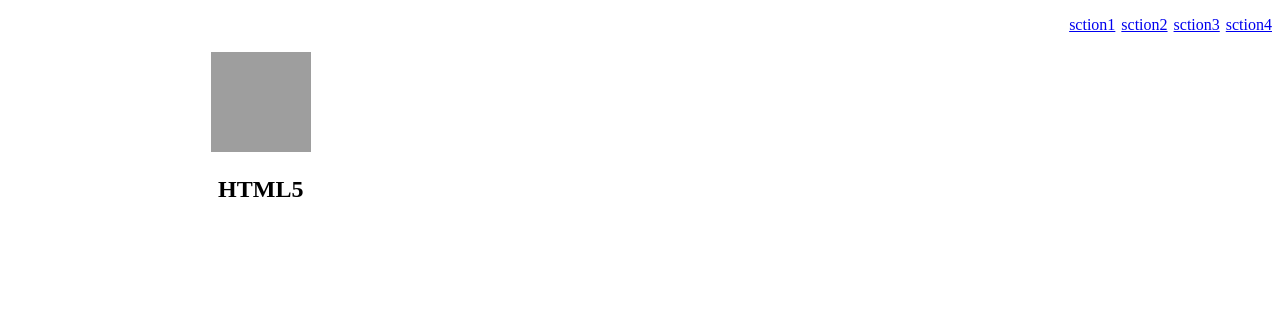
Repository: abhayBarthwal/tt2
Page: index.html
The author's editor kept a record of every edit. The page is drawn from the files as they stood at one moment, then again after the next edit.
The browser window is 1280 px wide. The pictures show the whole page.
Pictures or frames that could not be fetched are drawn as grey boxes.

Above is the page before.

### index.html
<!DOCTYPE html>
<html>
    <head>
        <title> HTML Demo </title>
        <link rel="stylesheet" href="css/main.css" type="text/css">
    </head>
    <body>
        <nav>
            <ul>
                <li> <a href="#"> sction1 </a> </li>
                <li> <a href="#"> sction2 </a> </li>
                <li> <a href="#"> sction3 </a> </li>
                <li> <a href="#"> sction4 </a> </li>
            </ul>
        </nav>
        <div class="card">
            <a href="https://en.wikipedia.org/wiki/HTML5">
                <img src="https://encrypted-tbn0.gstatic.com/images?q=tbn:ANd9GcRovJY37pnn0JM82N-5gRXHk8wg_As2PBF7L9Kx4dxt2czWsNxv" />
            </a>
           <h2> HTML5 </h2>
        </div>
    </body>
</html>

### css/main.css
h1 {
    color:green;
}

nav li {
    height : 20px;
    display : inline-block;
    margin-left : 2px;
}

nav {
    text-align : right;
}

.card {
    float : left;
    width : 20%;
    margin-left : 10%;
}

img {
    height : 100px;
    width : 100px;
}

body {
    text-align : center;
}

After the next edit:
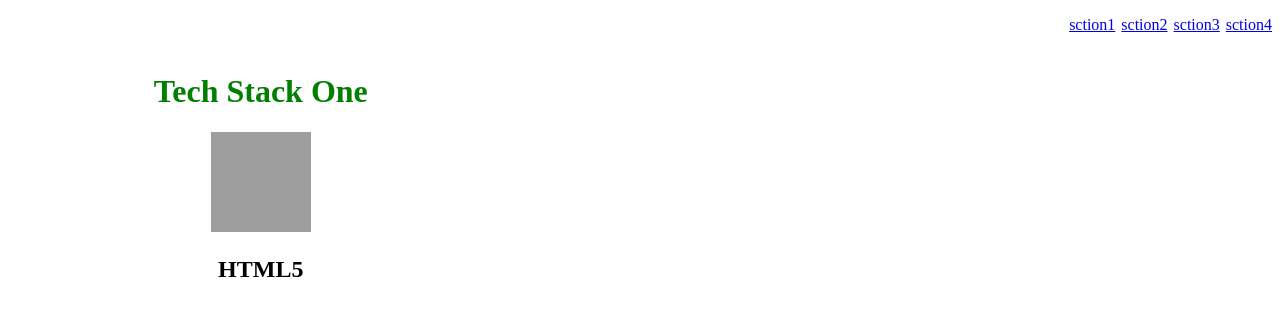
The edit:
--- a/index.html
+++ b/index.html
@@ -14,6 +14,7 @@
             </ul>
         </nav>
         <div class="card">
+            <h1> Tech Stack One </h1>
             <a href="https://en.wikipedia.org/wiki/HTML5">
                 <img src="https://encrypted-tbn0.gstatic.com/images?q=tbn:ANd9GcRovJY37pnn0JM82N-5gRXHk8wg_As2PBF7L9Kx4dxt2czWsNxv" />
             </a>
